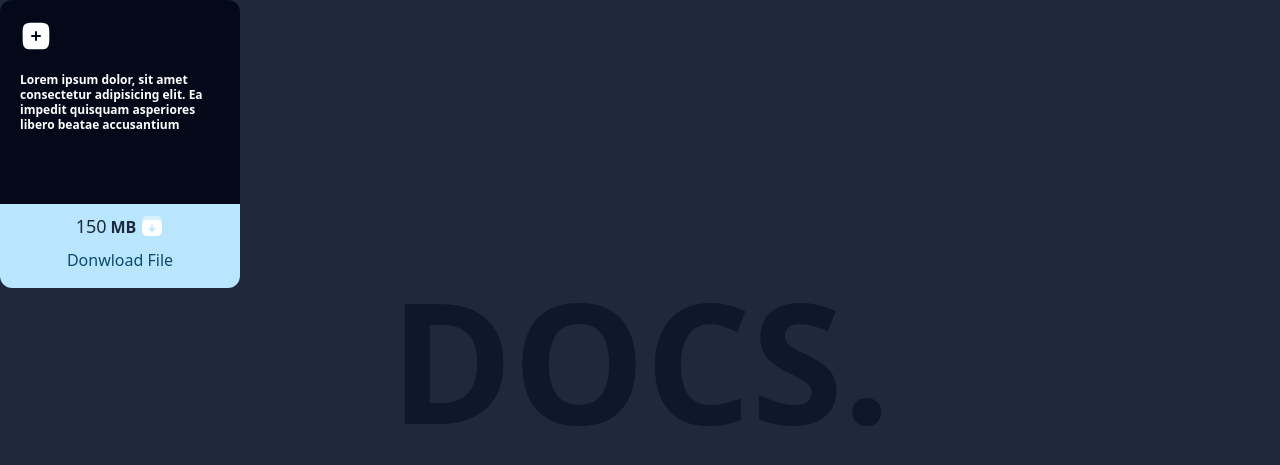
Repository: aliakbarmotallebi/framer-react
Page: /
The author's editor kept a copy of each file at every save. The page is drawn from the files as they stood at one save, then again after the next save.
The browser window is 1280 px wide. The pictures show the whole page.
The project was rebuilt for these pictures with package versions that can differ from the ones it lists, and the page was loaded fresh each time.

Above is the page before, as saved 2024-08-14 18:44:26.

### src/App.js
import React from "react";
import Background from "./components/Background";
import Card from "./components/Card";

function App() {
  return (
    <div className="relative h-screen w-full bg-slate-800">
      <Background />
      <Card />
    </div>
  );
}

export default App;

### src/components/Background.jsx
import React from "react";

function Background() {
    return <h1 className="absolute left-1/2 top-1/2 -translate-x-[50%] -translate-y-[50%] text-[13vw] font-semibold text-slate-900">
    DOCS.
  </h1>
}

export default Background;

### src/components/Card.jsx
import React, { Component } from 'react';

class Card extends Component {
    render() {
        return (
            <div className="w-60 h-72 rounded-xl bg-slate-950/90 p-5 text-white relative overflow-hidden">
                <svg xmlns="http://www.w3.org/2000/svg" className="w-8 h-8" viewBox="0 0 24 24"><path fill="currentColor" fill-rule="evenodd" d="M12 22c-4.714 0-7.071 0-8.536-1.465C2 19.072 2 16.714 2 12s0-7.071 1.464-8.536C4.93 2 7.286 2 12 2s7.071 0 8.535 1.464C22 4.93 22 7.286 22 12s0 7.071-1.465 8.535C19.072 22 16.714 22 12 22m0-13.75a.75.75 0 0 1 .75.75v2.25H15a.75.75 0 0 1 0 1.5h-2.25V15a.75.75 0 0 1-1.5 0v-2.25H9a.75.75 0 0 1 0-1.5h2.25V9a.75.75 0 0 1 .75-.75" clip-rule="evenodd"/></svg>
                <p className="text-xs leading-tight mt-5 font-semibold">
                    Lorem ipsum dolor, sit amet consectetur adipisicing elit. Ea impedit quisquam asperiores libero beatae accusantium
                </p>
                <div className="footer absolute bottom-0 bg-sky-200 w-full py-2 left-0 text-center">
                    <div className="flex justify-center items-center w-full">
                        <p className="text-slate-800 text-lg">
                            150
                            <span className="font-bold px-1 text-base">
                                MB
                            </span>
                        </p>
                        <svg xmlns="http://www.w3.org/2000/svg" className="w-6 h-6 fill-slate-800 " viewBox="0 0 24 24"><path fill="currentColor" d="M12 2c4.713 0 7.07 0 8.535 1.464c.757.758 1.123 1.754 1.3 3.192V10H2.164V6.656c.176-1.438.541-2.434 1.299-3.192C4.928 2 7.285 2 11.999 2" opacity="0.5"/><path fill="currentColor" fill-rule="evenodd" d="M2 14c0-2.8 0-4.2.545-5.27A5 5 0 0 1 4.73 6.545C5.8 6 7.2 6 10 6h4c2.8 0 4.2 0 5.27.545a5 5 0 0 1 2.185 2.185C22 9.8 22 11.2 22 14s0 4.2-.545 5.27a5 5 0 0 1-2.185 2.185C18.2 22 16.8 22 14 22h-4c-2.8 0-4.2 0-5.27-.545a5 5 0 0 1-2.185-2.185C2 18.2 2 16.8 2 14m10.75-3a.75.75 0 0 0-1.5 0v4.19l-1.22-1.22a.75.75 0 1 0-1.06 1.06l2.5 2.5a.75.75 0 0 0 1.06 0l2.5-2.5a.75.75 0 1 0-1.06-1.06l-1.22 1.22z" clip-rule="evenodd"/></svg>
                    </div>
                    <button className="text-sky-900 p-2 font-medium">
                        Donwload File
                    </button>
                </div>
            </div>
        );
    }
}

export default Card;

Loaded but not shown: public/index.html (common file); src/index.js (common file); src/index.css (common file); tailwind.config.js (common file)

After the next save:
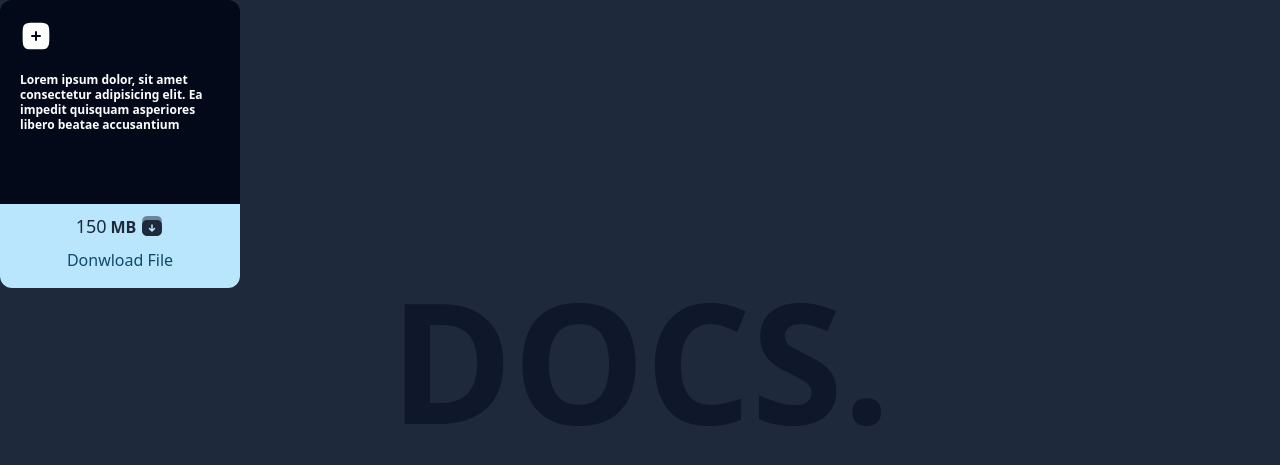
Saved 17 s later.
--- a/src/components/Card.jsx
+++ b/src/components/Card.jsx
@@ -16,7 +16,7 @@ class Card extends Component {
                                 MB
                             </span>
                         </p>
-                        <svg xmlns="http://www.w3.org/2000/svg" className="w-6 h-6 fill-slate-800 " viewBox="0 0 24 24"><path fill="currentColor" d="M12 2c4.713 0 7.07 0 8.535 1.464c.757.758 1.123 1.754 1.3 3.192V10H2.164V6.656c.176-1.438.541-2.434 1.299-3.192C4.928 2 7.285 2 11.999 2" opacity="0.5"/><path fill="currentColor" fill-rule="evenodd" d="M2 14c0-2.8 0-4.2.545-5.27A5 5 0 0 1 4.73 6.545C5.8 6 7.2 6 10 6h4c2.8 0 4.2 0 5.27.545a5 5 0 0 1 2.185 2.185C22 9.8 22 11.2 22 14s0 4.2-.545 5.27a5 5 0 0 1-2.185 2.185C18.2 22 16.8 22 14 22h-4c-2.8 0-4.2 0-5.27-.545a5 5 0 0 1-2.185-2.185C2 18.2 2 16.8 2 14m10.75-3a.75.75 0 0 0-1.5 0v4.19l-1.22-1.22a.75.75 0 1 0-1.06 1.06l2.5 2.5a.75.75 0 0 0 1.06 0l2.5-2.5a.75.75 0 1 0-1.06-1.06l-1.22 1.22z" clip-rule="evenodd"/></svg>
+                        <svg xmlns="http://www.w3.org/2000/svg" className="w-6 h-6 text-slate-800 " viewBox="0 0 24 24"><path fill="currentColor" d="M12 2c4.713 0 7.07 0 8.535 1.464c.757.758 1.123 1.754 1.3 3.192V10H2.164V6.656c.176-1.438.541-2.434 1.299-3.192C4.928 2 7.285 2 11.999 2" opacity="0.5"/><path fill="currentColor" fill-rule="evenodd" d="M2 14c0-2.8 0-4.2.545-5.27A5 5 0 0 1 4.73 6.545C5.8 6 7.2 6 10 6h4c2.8 0 4.2 0 5.27.545a5 5 0 0 1 2.185 2.185C22 9.8 22 11.2 22 14s0 4.2-.545 5.27a5 5 0 0 1-2.185 2.185C18.2 22 16.8 22 14 22h-4c-2.8 0-4.2 0-5.27-.545a5 5 0 0 1-2.185-2.185C2 18.2 2 16.8 2 14m10.75-3a.75.75 0 0 0-1.5 0v4.19l-1.22-1.22a.75.75 0 1 0-1.06 1.06l2.5 2.5a.75.75 0 0 0 1.06 0l2.5-2.5a.75.75 0 1 0-1.06-1.06l-1.22 1.22z" clip-rule="evenodd"/></svg>
                     </div>
                     <button className="text-sky-900 p-2 font-medium">
                         Donwload File
